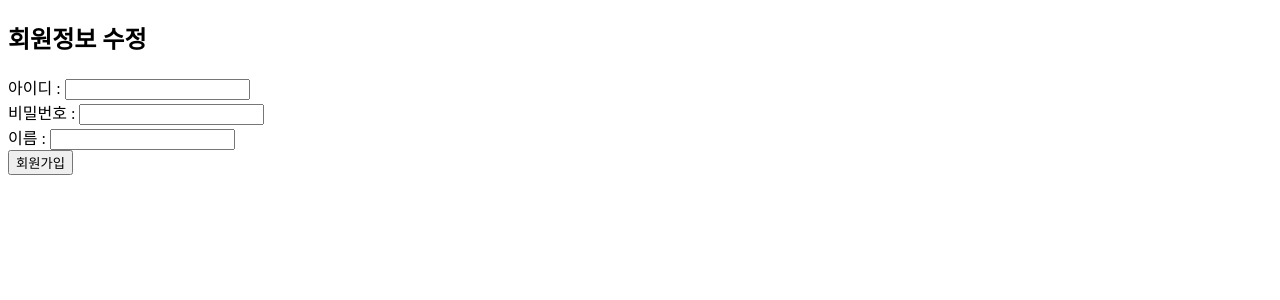
Repository: hyodaeun/JSP_Study
Page: http://localhost/Chapter11/updateForm.jsp
These files come from the project's save history. The page is drawn as it stood at one moment and after the next save; the edit follows.
The browser window is 1280 px wide. The pictures show the whole page.
The page is served by Tomcat 9.

Above is the page before, as saved 2019-09-09 00:47:50.

### Chapter11/WebContent/updateForm.jsp
<%@ page language="java" contentType="text/html; charset=UTF-8"
    pageEncoding="UTF-8"%>
<!DOCTYPE html>
<html>
<head>
<meta charset="UTF-8">
<title>Insert title here</title>
</head>
<body>
<h2>회원정보 수정</h2>

<form action="updateProc.jsp" method="post">
아이디 : <input type="text" name="id"><br>
비밀번호 : <input type="password" name="passwd"><br>
이름 : <input type="text" name="name"><br>
<input type="submit" value="회원가입"><br>
</form>
</body>
</html>

After the next save:
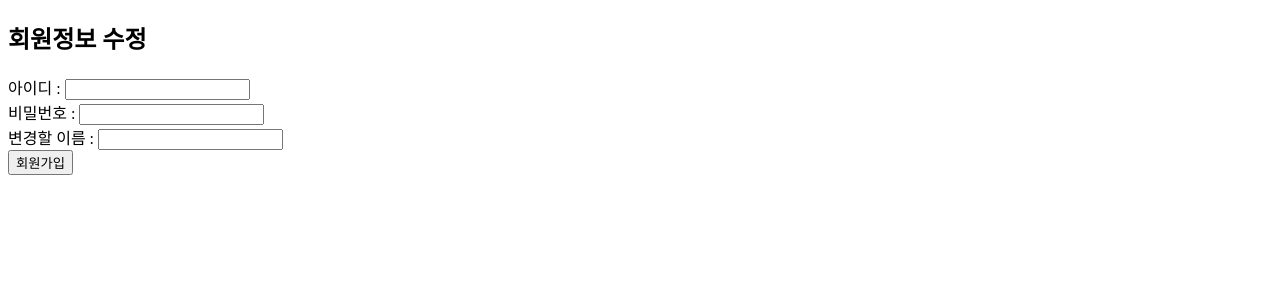
Saved 20 s later.
--- a/Chapter11/WebContent/updateForm.jsp
+++ b/Chapter11/WebContent/updateForm.jsp
@@ -12,7 +12,7 @@
 <form action="updateProc.jsp" method="post">
 아이디 : <input type="text" name="id"><br>
 비밀번호 : <input type="password" name="passwd"><br>
-이름 : <input type="text" name="name"><br>
+변경할 이름 : <input type="text" name="name"><br>
 <input type="submit" value="회원가입"><br>
 </form>
 </body>
